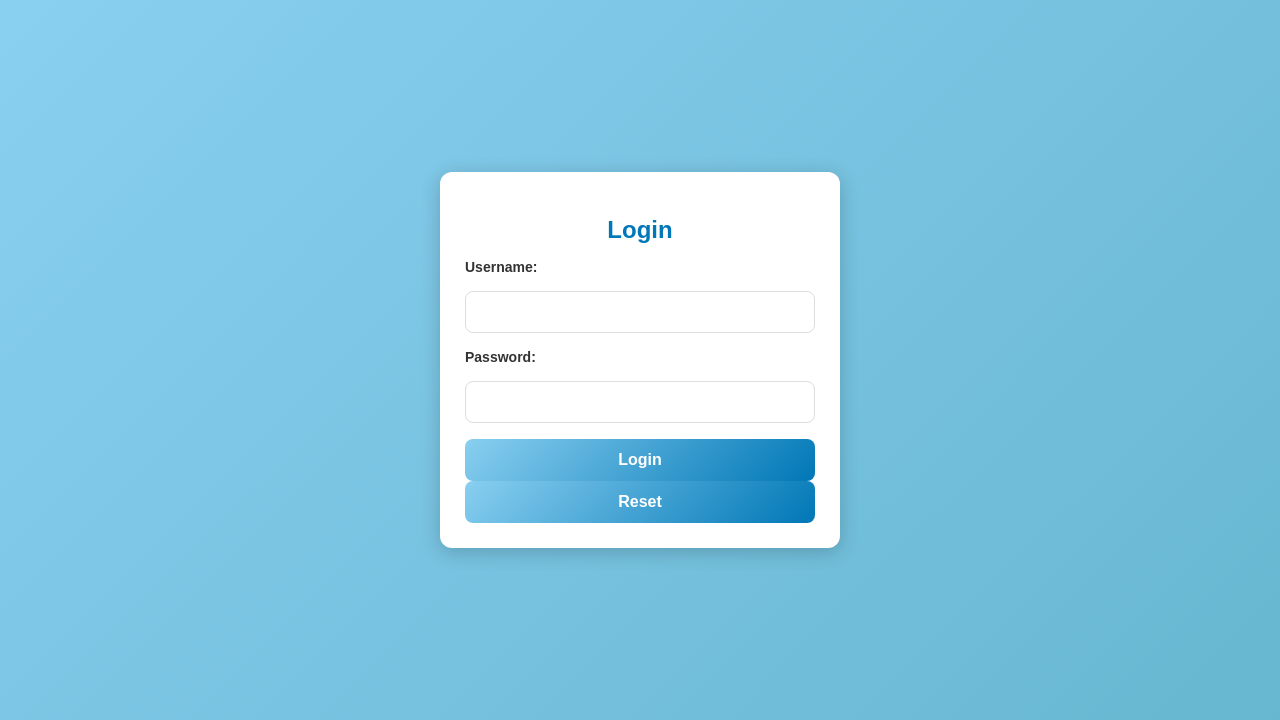
Repository: Loc2804/LTM
Page: http://localhost/RestaurantProject/Login.jsp
An editor plug-in stored every save of this project. The page is shown before and after the next save, followed by the edit.
The browser window is 1280 px wide. The pictures show the whole page.
The page is served by Tomcat 10. Other server files are loaded and not shown.

Above is the page before, as saved 2024-12-07 08:49:32.

### RestaurantProject/src/main/webapp/Login.jsp
<%@ page language="java" contentType="text/html; charset=UTF-8" pageEncoding="UTF-8"%>
<!DOCTYPE html>
<html lang="en">
<head>
    <meta charset="UTF-8">
    <meta http-equiv="X-UA-Compatible" content="IE=edge">
    <meta name="viewport" content="width=device-width, initial-scale=1.0">
    <title>Login Form</title>
    <style>
        body {
    font-family: Arial, sans-serif;
    background: linear-gradient(135deg, #89CFF0, #67B7D1); /* Màu xanh nước biển nhạt */
    display: flex;
    justify-content: center;
    align-items: center;
    height: 100vh;
    margin: 0;
    color: #fff;
}

.login-container {
    background-color: #fff;
    padding: 25px;
    box-shadow: 0 4px 20px rgba(0, 0, 0, 0.2);
    border-radius: 12px;
    width: 350px;
    text-align: center;
    color: #333;
}

h2 {
    margin-bottom: 15px;
    color: #0077b6; /* Xanh nước biển đậm */
    font-weight: bold;
}

label {
    font-size: 14px;
    font-weight: bold;
    display: block;
    margin-bottom: 8px;
    text-align: left;
}

.input-field {
    width: 100%;
    padding: 12px;
    margin: 8px 0 16px 0;
    border: 1px solid #ddd;
    border-radius: 8px;
    box-sizing: border-box;
    font-size: 14px;
    transition: all 0.3s ease;
}

.input-field:focus {
    border-color: #0077b6;
    outline: none;
    box-shadow: 0 0 5px rgba(0, 119, 182, 0.5);
}

.btn {
    width: 100%;
    padding: 12px;
    background: linear-gradient(135deg, #89CFF0, #0077b6); /* Xanh nước biển nhạt đến đậm */
    color: white;
    border: none;
    border-radius: 8px;
    font-size: 16px;
    cursor: pointer;
    font-weight: bold;
    transition: all 0.3s ease;
}

.btn:hover {
    background: linear-gradient(135deg, #0077b6, #005f99); /* Tông đậm hơn khi hover */
    box-shadow: 0 4px 8px rgba(0, 0, 0, 0.2);
    transform: translateY(-2px);
}

.error-message {
    color: #d9534f;
    background-color: #f8d7da;
    border: 1px solid #f5c6cb;
    border-radius: 8px;
    padding: 10px;
    margin-top: 15px;
    font-size: 14px;
}

.success-message {
    color: #28a745;
    background-color: #d4edda;
    border: 1px solid #c3e6cb;
    border-radius: 8px;
    padding: 10px;
    margin-top: 15px;
    font-size: 14px;
}

.form-container {
    margin-top: 15px;
}

.form-container label {
    text-align: left;
    display: block;
    font-size: 14px;
    margin-bottom: 5px;
}

.form-container .input-field {
    margin-bottom: 20px;
}

::placeholder {
    color: #999;
    font-style: italic;
}

input[type="text"]:focus, input[type="password"]:focus {
    background-color: #f9f9f9;
    outline: none;
    border: 1px solid #0077b6;
    box-shadow: 0 0 3px rgba(0, 119, 182, 0.4);
}

@media (max-width: 768px) {
    .login-container {
        width: 90%;
        padding: 15px;
    }

    .btn {
        font-size: 14px;
        padding: 10px;
    }
    a {
    display: block;
    margin-top: 15px;
    font-size: 14px;
    text-decoration: none;
    color: #0077b6;
    font-weight: bold;
    transition: color 0.3s ease;
}

a:hover {
    color: #005f99;
    text-decoration: underline;
}

}

    </style>
</head>
<body>
    <div class="login-container">
        <h2>Login</h2>
		<form action="AuthController" method="POST">
            <label for="username">Username:</label>
            <input type="text" id="username" name="username" class="input-field" required>

            <label for="password">Password:</label>
            <input type="password" id="password" name="password" class="input-field" required>

			<input type="hidden" name="action" value="login" class="input-field" required>
            <button type="submit" class="btn">Login</button>
            <button type="reset" class="btn">Reset</button>
        </form>
        <%
            String errorMessage = (String) request.getAttribute("errorMessage");

            if (errorMessage != null) {
        %>
            <div class="error-message"><%= errorMessage %></div>
        <% } %>



    </div>
</body>
</html>

After the next save:
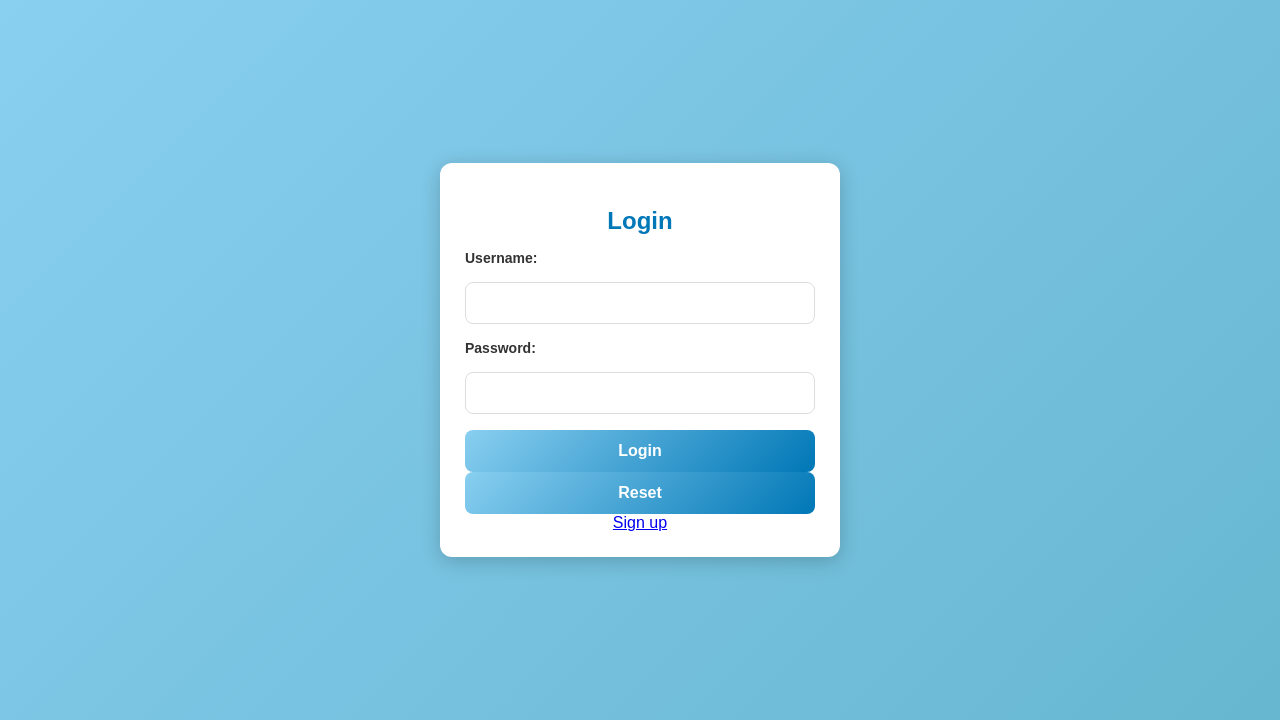
Saved 33 s later.
--- a/RestaurantProject/src/main/webapp/Login.jsp
+++ b/RestaurantProject/src/main/webapp/Login.jsp
@@ -177,7 +177,7 @@ a:hover {
         <% } %>
 
 
-
+        <a href="Register.jsp">Sign up</a>
     </div>
 </body>
 </html>
